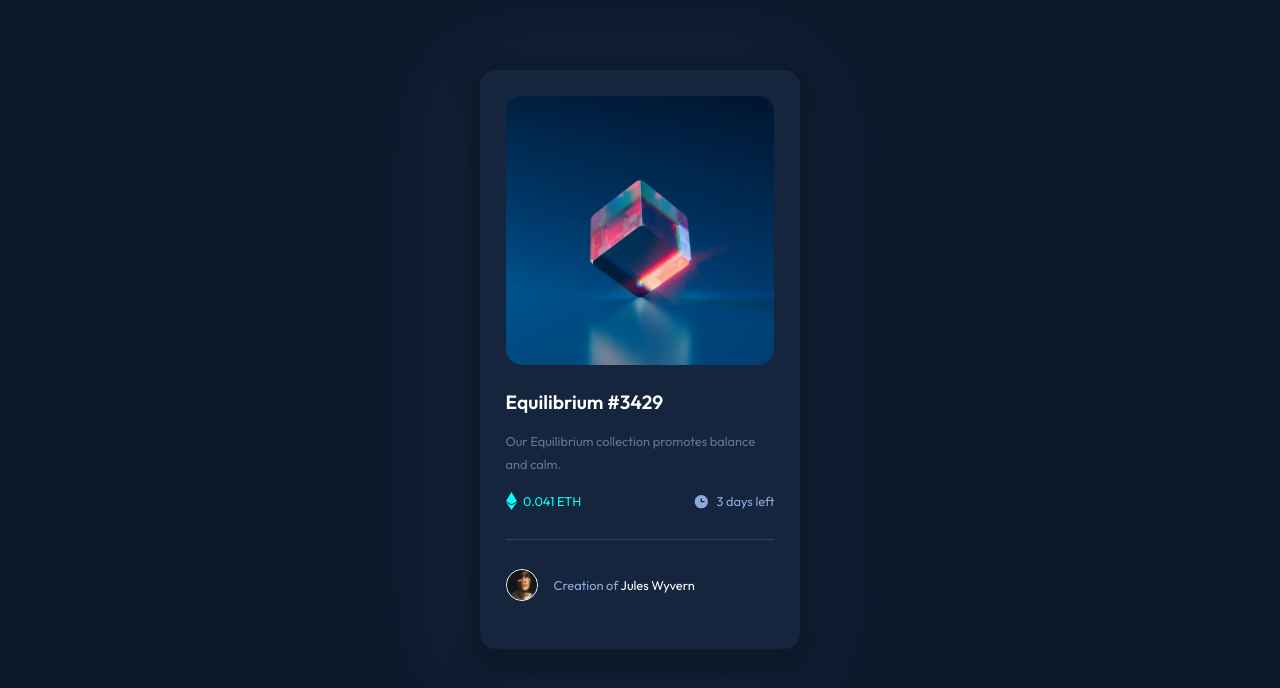
Repository: thaibaocoder1/nft-preview-card-component
Page: index.html
An editor plug-in stored every save of this project. The page is shown before and after the next save, followed by the edit.
The browser window is 1280 px wide. The pictures show the whole page.

Above is the page before, as saved 2023-01-06 20:14:57.

### index.html
<!DOCTYPE html>
<html lang="en">
<head>
  <meta charset="UTF-8">
  <meta name="viewport" content="width=device-width, initial-scale=1.0">
  <link rel="icon" type="image/png" sizes="32x32" href="./images/favicon-32x32.png">
  <title>Frontend Mentor | NFT preview card component</title>
  <link rel="stylesheet" href="./images/favicon-32x32.png">
  <link rel="stylesheet" href="./style.css">
  <style>
    .attribution { font-size: 11px; text-align: center; }
    .attribution a { color: hsl(228, 45%, 44%); }
  </style>
</head>
<body>
  <main class="container">
      <div class="modal">
        <img src="./images/image-equilibrium.jpg" alt="Image" class="container-img">
        <div class="overlay">
          <a href="#" class="icon" title="hover">
                <img src="./images/icon-view.svg" alt="">
            </a>
        </div>
      </div>
    <div class="container-content">
      <h2 class="container-heading">Equilibrium #3429</h2>
      <p class="container-desc">Our Equilibrium collection promotes balance and calm.</p>
      <section class="container-date">
        <div class="container-date-right">
          <img src="./images/icon-ethereum.svg" alt="" class="container-date--image">
          <span class="container-date--text">
            0.041 ETH
          </span>
        </div>
        <div class="container-date-left">
          <img src="./images/icon-clock.svg" alt="" class="container-date--image">
          <span class="container-date--text">
            3 days left
          </span>
        </div>
      </section>
      <hr id="mark">
      <div class="container-footer">
        <img src="./images/image-avatar.png" alt="" class="container-date--image">
        <small class="container-date--footer">
          Creation of
          <span id="text-marker">Jules Wyvern</span>
        </small>
        </div>
      </div>
    </main>


  <!-- <div class="attribution">
    Challenge by <a href="https://www.frontendmentor.io?ref=challenge" target="_blank">Frontend Mentor</a>.
    Coded by <a href="#">baoDev</a>.
  </div> -->
</body>
</html>
<!-- Equilibrium #3429

Our Equilibrium collection promotes balance and calm.

0.041 ETH
3 days left

Creation of Jules Wyvern -->

### style.css
@import url('https://fonts.googleapis.com/css2?family=Outfit:wght@300;400;600&display=swap');
* {
    margin: 0;
    padding: 0;
    box-sizing: border-box;
}
body {
    text-rendering: optimizeLegibility;
    scroll-behavior: smooth;
    font-family: 'Outfit', sans-serif;
    display: flex;
    align-items: center;
    justify-content: center;
    min-height: calc(100vh - 1px);
    background-color: var(--very-dark-blue-main);
    font-size: 62.5%;
}
:root {
    --soft-blue: hsl(215, 51%, 70%);
    --cyan-color: hsl(178, 100%, 50%);
    --very-dark-blue-main: hsl(217, 54%, 11%);
    --very-dark-blue-card: hsl(216, 50%, 16%);
    --very-dark-blue-line: hsl(215, 32%, 27%);
    --white-color: hsl(0, 0%, 100%);
}
.container {
    width: 320px;
    background-color: var(--very-dark-blue-card);
    text-align: center;
    border-radius: 1rem;
    box-shadow: 0rem 10px 1rem 15px var(--very-dark-blue-main),
    -10px 12px 6rem 2rem var(--very-dark-blue-card);
}
.container .modal {
    width: 20rem;
    height: 20rem;
    cursor: pointer;
    padding: 1.6rem;
    position: relative;
    overflow: hidden;
}
.container .modal .overlay {
    position: absolute;
    top: 0;
    bottom: 0;
    left: 0;
    right: 0;
    height: 100%;
    width: 100%;
    opacity: 0;
    transition: all 0.2s ease-in-out;
    background-color: var(--cyan-color);
}
.container .modal:hover .overlay {
    opacity: 0.8;
}
.container .modal .overlay .icon {
    color: var(--white-color);
    font-size: 2rem;
    position: absolute;
    top: 50%;
    left: 50%;
    transform: translate(-50%, -50%);
    -ms-transform: translate(-50%, -50%);
    text-align: center;
}
.container .container-img {
    max-width: 100%;
    height: auto;
    border-radius: 1rem;
    object-fit: cover;
    display: block;
}
.container .container-content {
    padding: 0 1.6rem 3rem 1.6rem;
    text-align: left;
}
.container .container-content .container-heading {
    color: var(--white-color);
    font-size: 1.2rem;
    padding-bottom: 1rem;
    transition: color 0.25s linear;
}
.container .container-content .container-desc {
    color: var(--soft-blue);
    font-size: 0.8rem;
    font-weight: 400;
    opacity: 0.6;
    line-height: 1.8;
}
.container .container-date {
    display: flex;
    align-items: center;
    padding: 1rem 0 1.8rem;
}
.container-date .container-date-right, .container .container-date-left {
    display: flex;
    align-items: center;
    justify-content: center;
}
.container .container-date .container-date-left {
    margin-left: auto;
}
.container .container-date--text {
    color: var(--cyan-color);
    font-size: 0.8rem;
    line-height: 1rem;
    text-align: center;
    margin-left: 0.4rem;
}
.container .container-date-left .container-date--text {
    color: var(--soft-blue);
}
#mark {
    border: none;
    width: 100%;
    height: 1px;
    background-color: var(--very-dark-blue-line);
}
.container .container-footer {
    padding-top: 1.8rem;
    display: flex;
    align-items: center;
}
.container .container-footer .container-date--image {
    width: 2rem;
    height: 2rem;
    border-radius: 50%;
    border: 1px solid var(--white-color);
}
.container .container-footer .container-date--footer {
    margin-left: 1rem;
    font-size: 0.8rem;
    color: var(--soft-blue);
}
.container .container-footer #text-marker {
    color: #fff;
    transition: color 0.25s linear;
}

/* Hover */
.container .container-content .container-heading:hover {
    color: var(--cyan-color);
    cursor: pointer;
}
.container .container-footer #text-marker:hover {
    color: var(--cyan-color);
    cursor: pointer;
}

/* Responsive */
@media screen and (max-width: 375px) {
    .container {
        width: calc(100% - 2rem);
    }
}

After the next save:
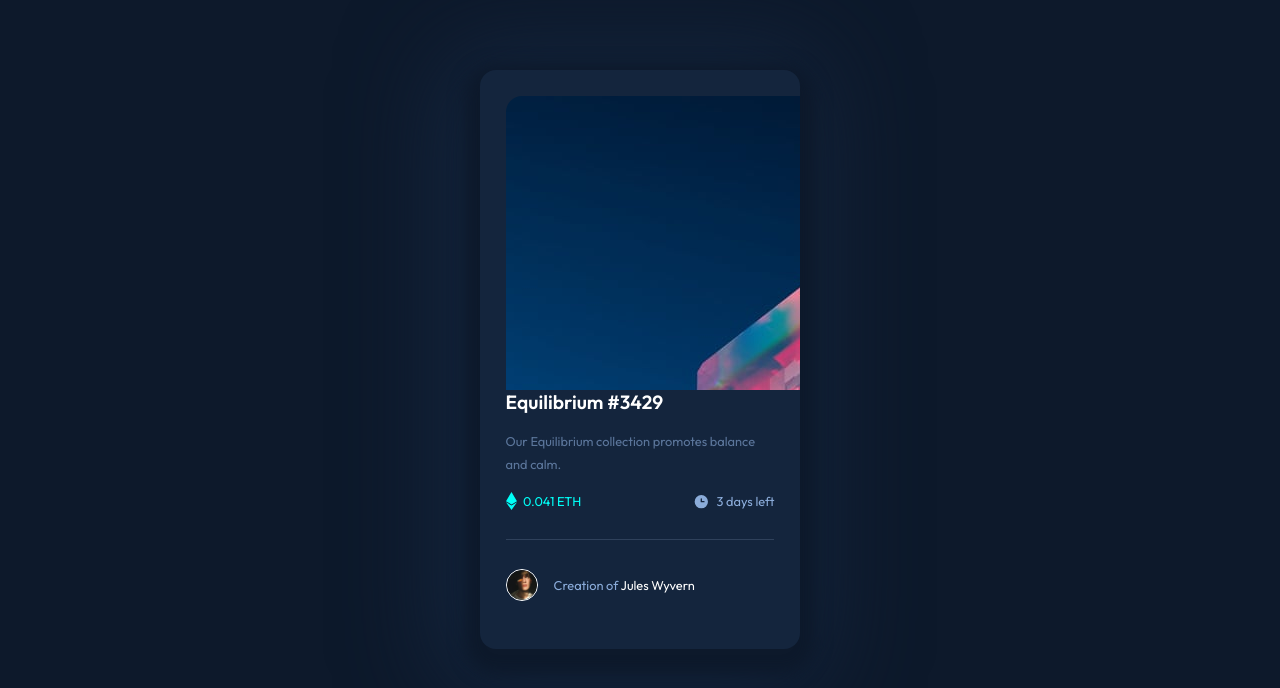
Saved 88 s later.
--- a/style.css
+++ b/style.css
@@ -65,8 +65,8 @@
     text-align: center;
 }
 .container .container-img {
-    max-width: 100%;
-    height: auto;
+    /* max-width: 100%;
+    height: auto; */
     border-radius: 1rem;
     object-fit: cover;
     display: block;

After the save that followed:
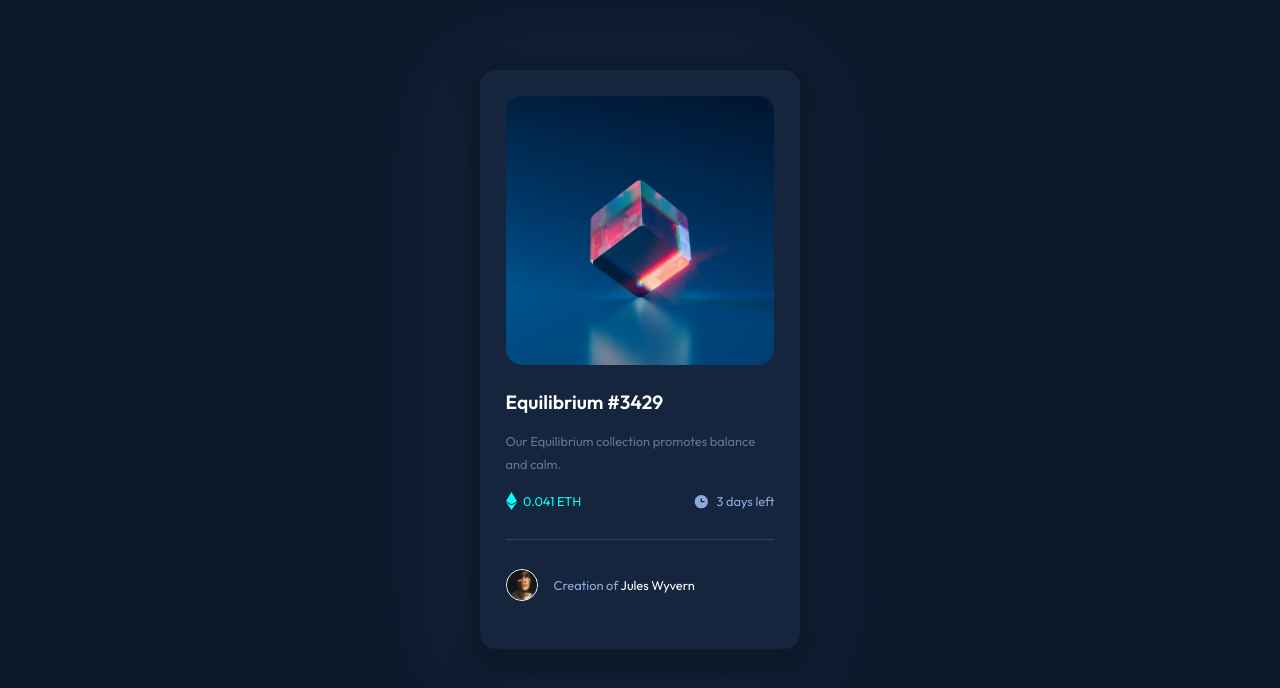
Saved 4 s later.
--- a/style.css
+++ b/style.css
@@ -65,8 +65,8 @@
     text-align: center;
 }
 .container .container-img {
-    /* max-width: 100%;
-    height: auto; */
+    max-width: 100%;
+    height: auto;
     border-radius: 1rem;
     object-fit: cover;
     display: block;
